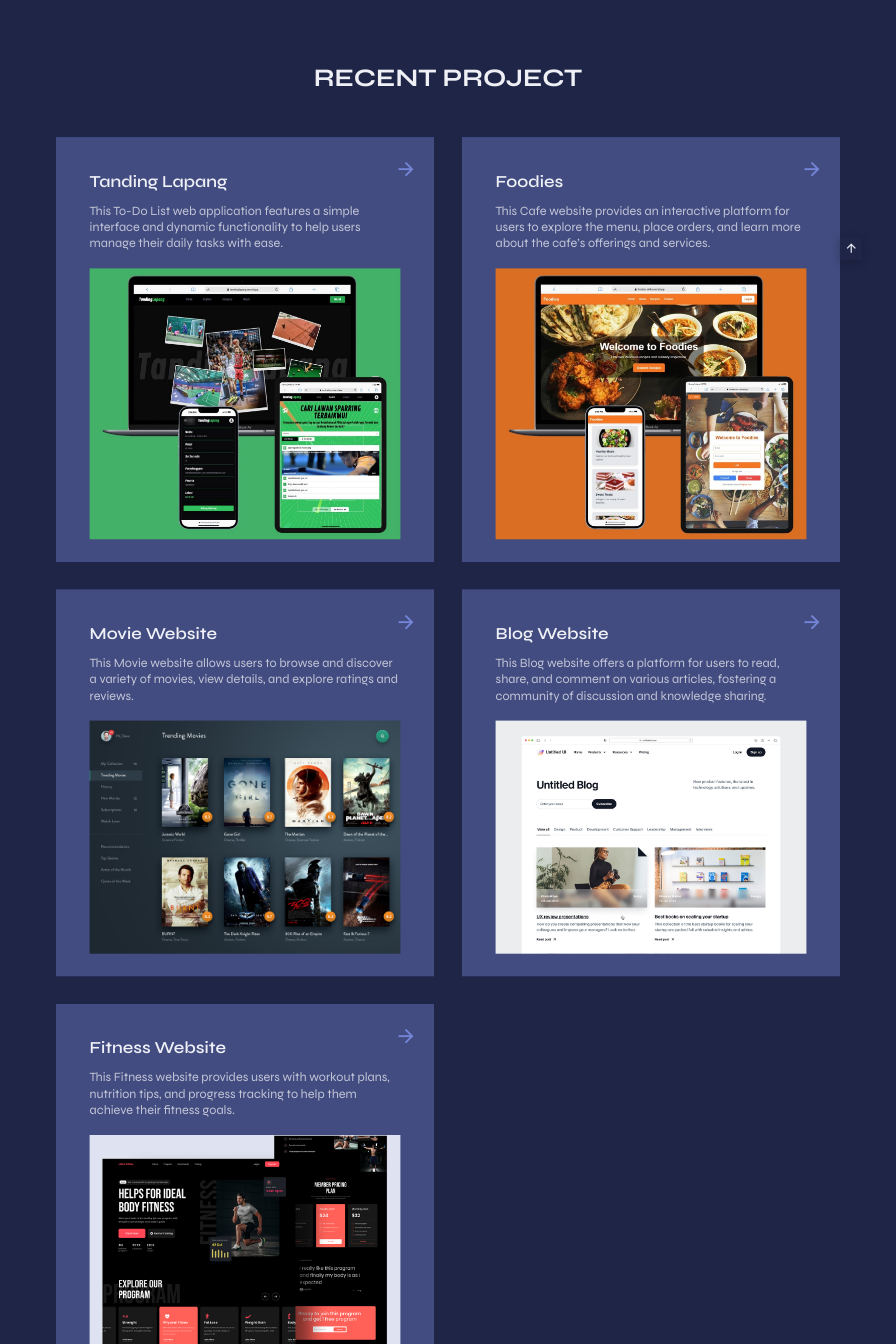
Repository: Ademaulana100499/amgrowth
Page: /
An editor plug-in stored every save of this project. The page is shown before and after the next save, followed by the edit.
The browser window is 1280 px wide. The pictures show the part of the page from y = 709 to 2629 px (the page is 7253 px tall before and 7307 px after), at 70% of full size.
Some web fonts or font styles are not loaded; a fallback is used. The project was rebuilt for these pictures with package versions that can differ from the ones it lists, and the page was loaded fresh each time. Also part of the build but not shown: vite.config.js.

Above is the page before, as saved 2025-02-19 15:54:08.

After the next save:
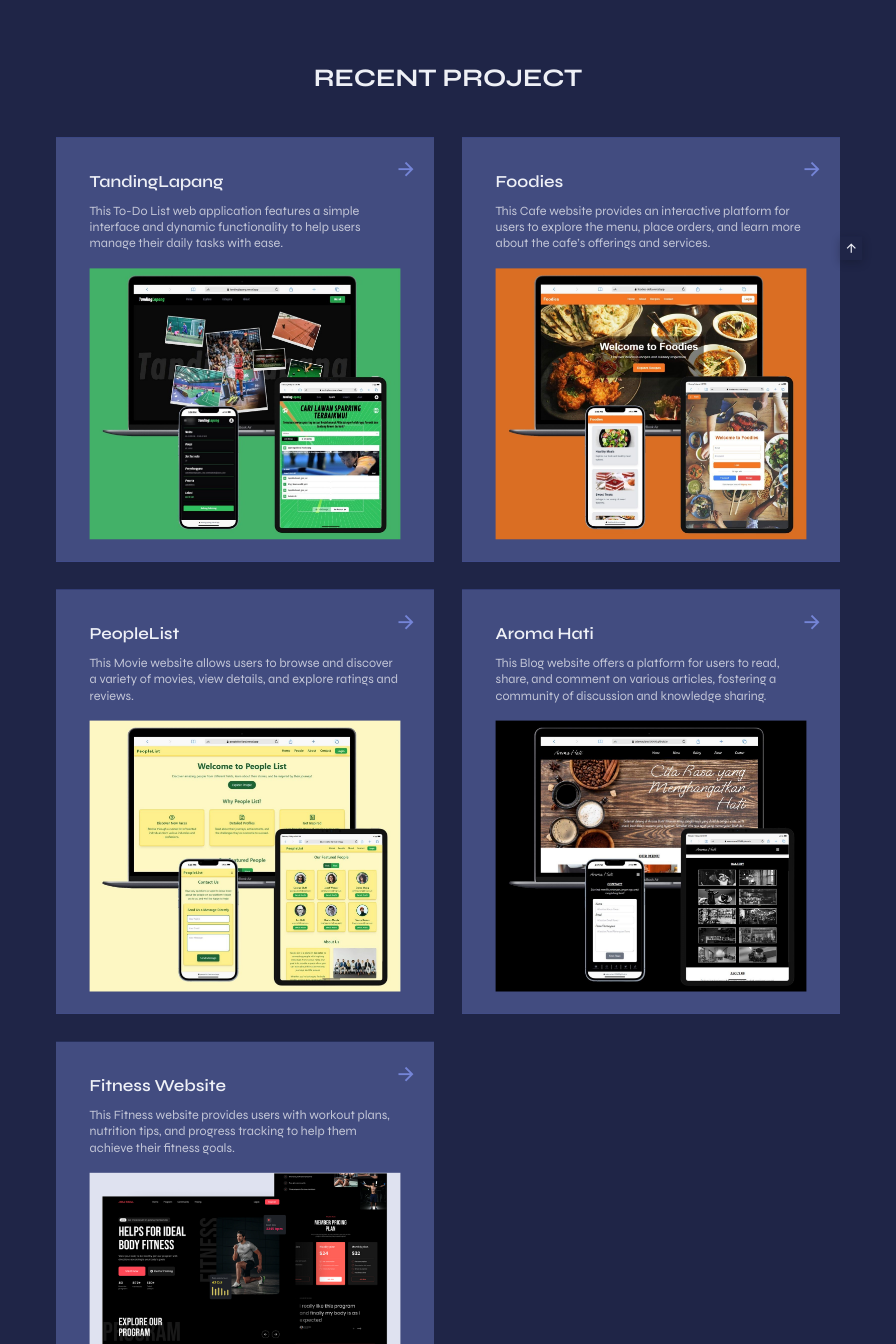
Saved 53 s later.
--- a/src/App.jsx
+++ b/src/App.jsx
@@ -28,7 +28,7 @@
   const projects = [
     {
       id: 1,
-      title: "Tanding Lapang",
+      title: "TandingLapang",
       description:
         "This To-Do List web application features a simple interface and dynamic functionality to help users manage their daily tasks with ease.",
       image: "/assets/img/tandinglapang.jpg",
@@ -42,17 +42,17 @@
     },
     {
       id: 3,
-      title: "Movie Website",
+      title: "PeopleList",
       description:
         "This Movie website allows users to browse and discover a variety of movies, view details, and explore ratings and reviews.",
-      image: "/assets/img/movies web.png",
+      image: "/assets/img/peoplelist.jpg",
     },
     {
       id: 4,
-      title: "Blog Website",
+      title: "Aroma Hati",
       description:
         "This Blog website offers a platform for users to read, share, and comment on various articles, fostering a community of discussion and knowledge sharing.",
-      image: "/assets/img/blog web.jpg",
+      image: "/assets/img/aromahati.jpg",
     },
     {
       id: 5,
